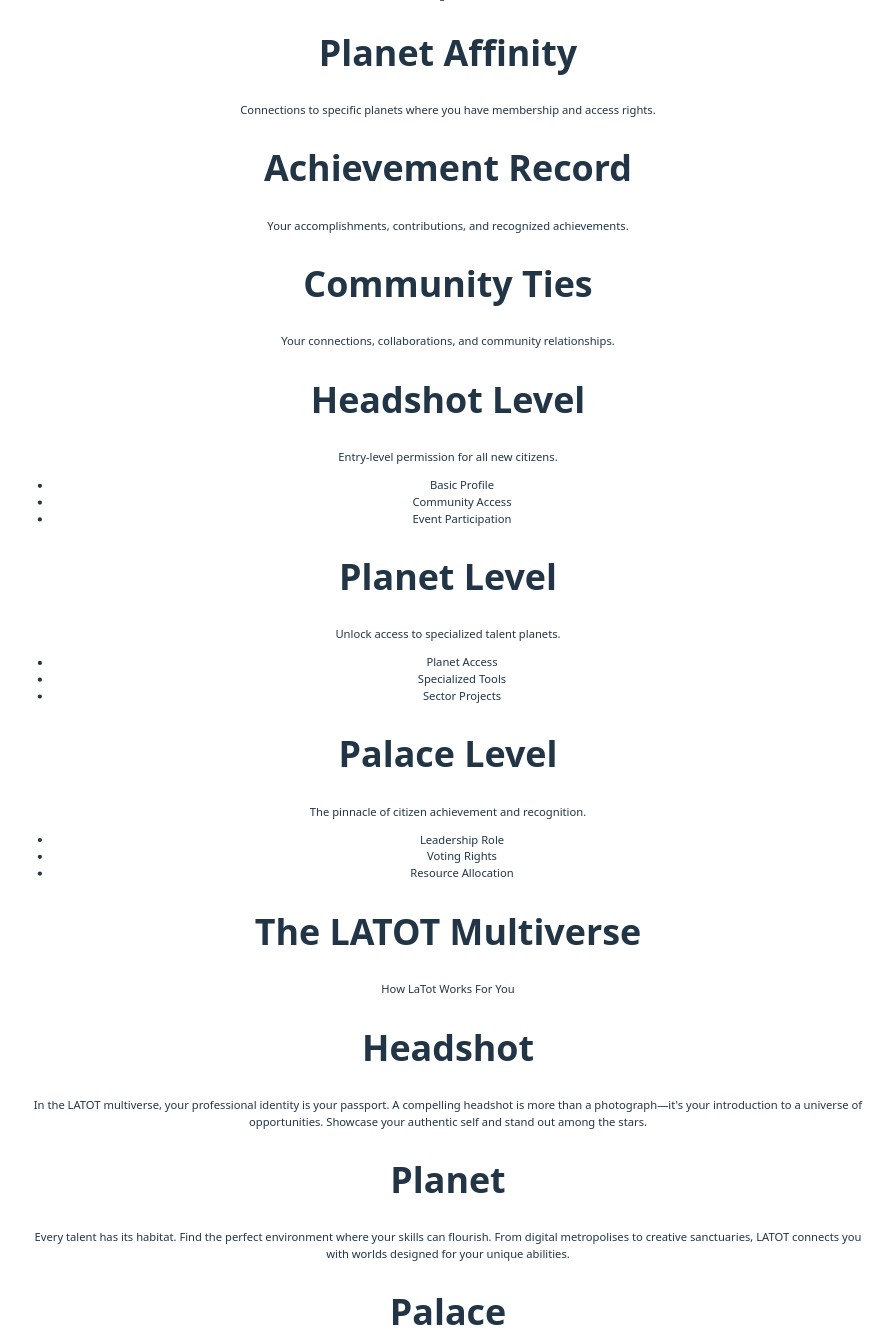
Repository: STR33T-K3Y5/LaTot
Page: /
The author's editor kept a copy of each file at every save. The page is drawn from the files as they stood at one save, then again after a run of saves.
The browser window is 1280 px wide. The pictures show the part of the page from y = 4580 to 6500 px (the page is 6620 px tall before and 6632 px after), at 70% of full size.
The project was rebuilt for these pictures with package versions that can differ from the ones it lists, and the page was loaded fresh each time. Also part of the build but not shown: vite.config.js, src/pages/FindTalent.jsx.

Above is the page before, as saved 2026-01-22 02:20:26.

After the next 5 saves:
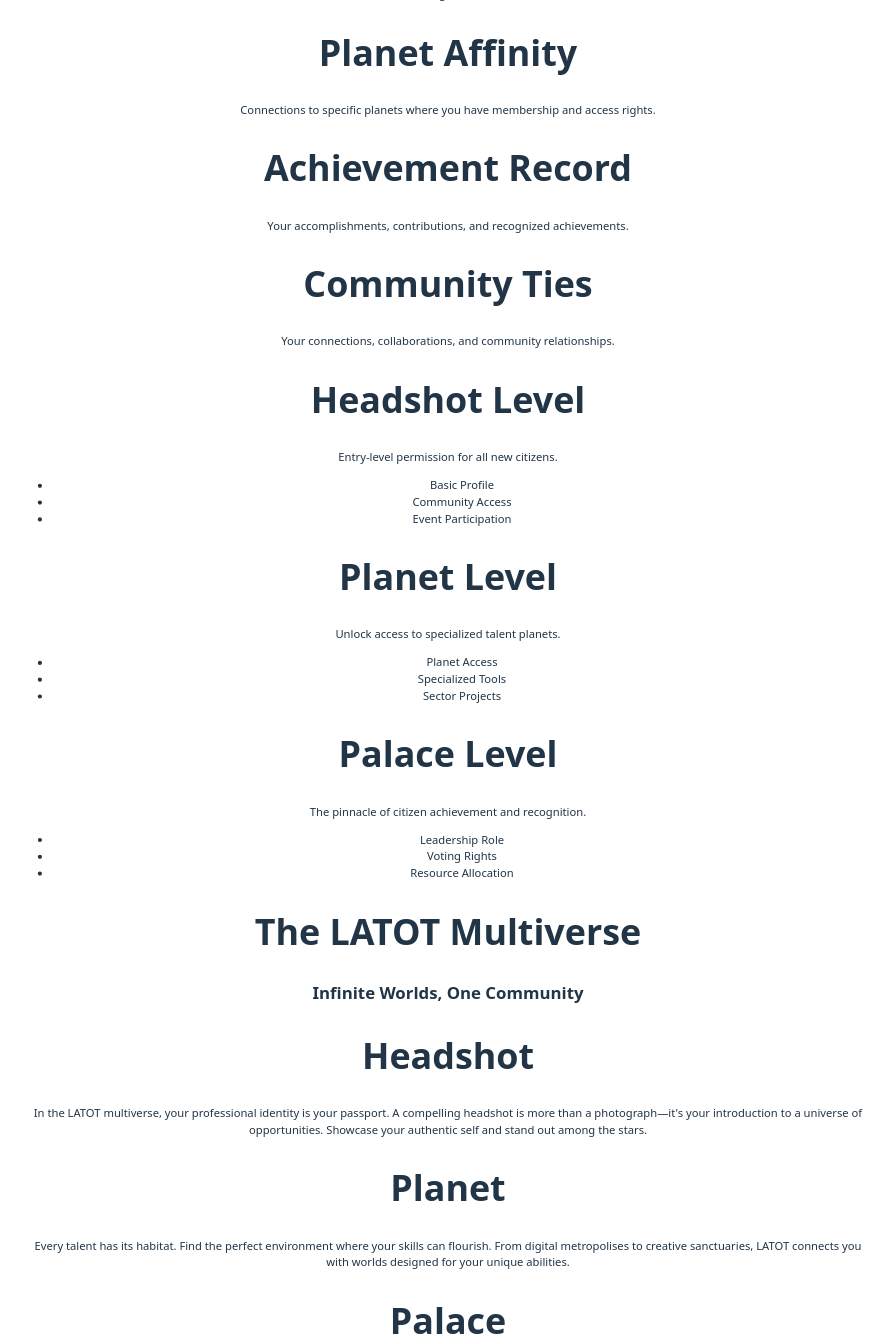
The 5 saves are shown as one change because they came seconds apart.
The last was saved 14 s later.
--- a/src/pages/Home.jsx
+++ b/src/pages/Home.jsx
@@ -196,7 +196,7 @@
       {/* LaTot Multiverse Section */}
       <section id="about-section">
         <h1 class="about-header">The LATOT Multiverse</h1>
-        <p class="about-subheader">How LaTot Works For You</p>
+        <h2 class="about-subheader">Infinite Worlds, One Community</h2>
         <div class="about-carousel">
           {/* Headshot */}
           <div class="about-item">
